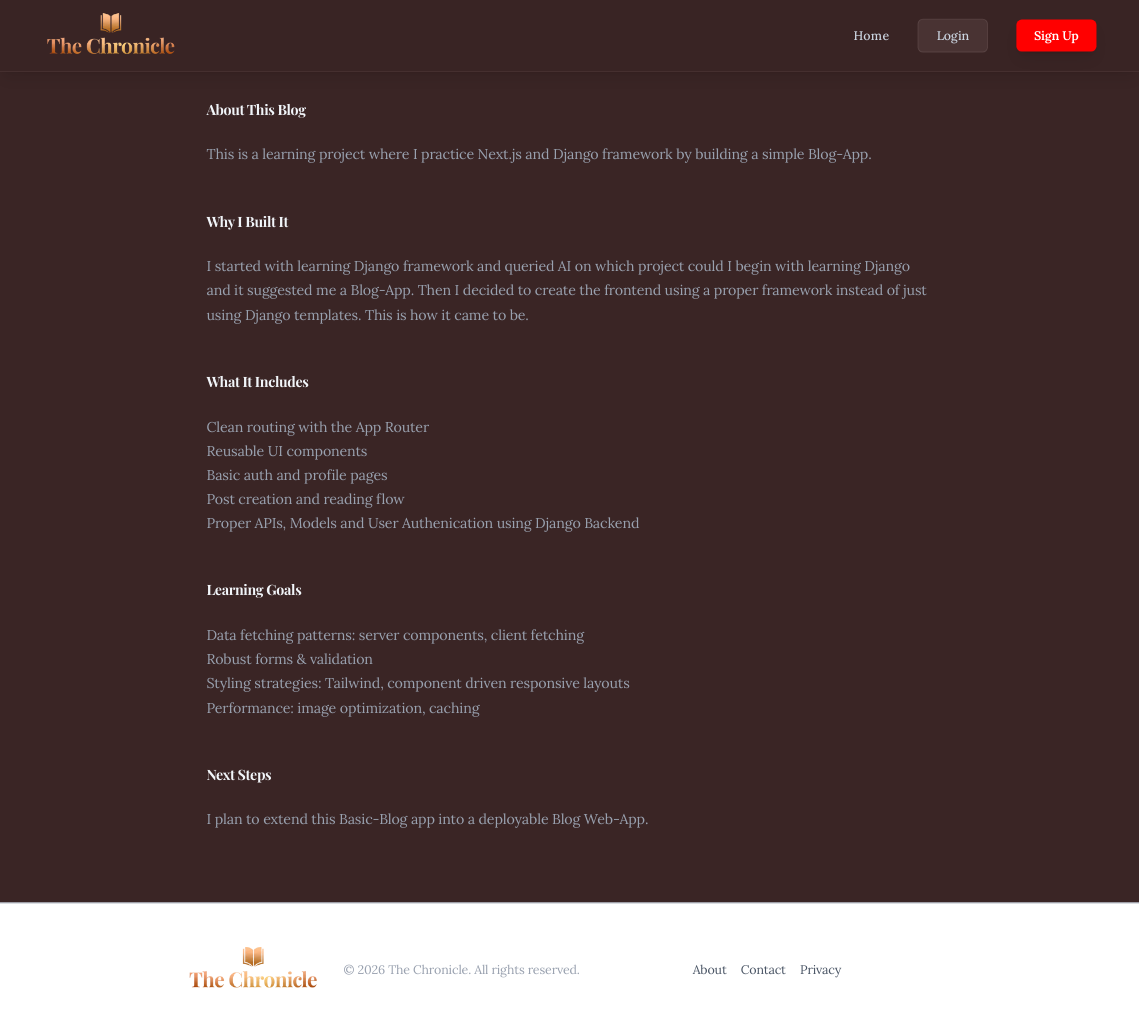
Repository: swaruplamsal/BasicBlogApp
Page: /about (app in blog-frontend/)
An editor plug-in stored every save of this project. The page is shown before and after the next save, followed by the edit.
The browser window is 1280 px wide. The pictures show the whole page, at 89% of full size.
The page's requests for data from a server got no answer. The project was rebuilt for these pictures with package versions that can differ from the ones it lists, and the page was loaded fresh each time. The framework's server and built-in components were replaced by stand-ins that run in the browser. No one was signed in, and anything a server would have sent is missing. Also part of the build but not shown: blog-frontend/next.config.mjs, blog-frontend/app/components/Avatar.js.

Above is the page before, as saved 2026-02-07 21:11:28.

### blog-frontend/app/layout.js
// app/layout.js
import { Lora, Playfair_Display } from "next/font/google";
import { AuthProvider } from "./context/AuthContext";
import { generateSiteMetadata } from "../lib/metadata";
import "./globals.css";

export const metadata = generateSiteMetadata();

const lora = Lora({
  subsets: ["latin"],
  weight: ["400", "500", "600", "700"],
  variable: "--font-lora",
});

const playfair = Playfair_Display({
  subsets: ["latin"],
  weight: ["400", "500", "600", "700", "900"],
  variable: "--font-playfair",
});

export default function RootLayout({ children }) {
  return (
    <html lang="en">
      <body className={`${lora.variable} ${playfair.variable}`}>
        <AuthProvider>{children}</AuthProvider>
      </body>
    </html>
  );
}

### blog-frontend/app/about/page.js
import Navbar from "../components/Navbar";
import Footer from "../components/Footer";

const sectionStyle = {
  marginTop: "1.5rem",
};

export default function About() {
  return (
    <div className="dark:bg-slate-950 text-gray-400">
      <Navbar />
      <main style={{ padding: "2rem", maxWidth: "880px", margin: "0 auto" }}>
        <h1>About This Blog</h1>
        <br />

        <p>
          This is a learning project where I practice Next.js and Django
          framework by building a simple Blog-App.
        </p>
        <br />
        <section style={sectionStyle}>
          <h2>Why I Built It</h2>
          <br />
          <p>
            I started with learning Django framework and queried AI on which
            project could I begin with learning Django and it suggested me a
            Blog-App. Then I decided to create the frontend using a proper
            framework instead of just using Django templates. This is how it
            came to be.
          </p>
        </section>
        <br />

        <section style={sectionStyle}>
          <h2>What It Includes</h2>
          <br />
          <ul>
            <li>Clean routing with the App Router</li>
            <li>Reusable UI components</li>
            <li>Basic auth and profile pages</li>
            <li>Post creation and reading flow</li>
            <li>
              Proper APIs, Models and User Authenication using Django Backend
            </li>
          </ul>
        </section>
        <br />

        <section style={sectionStyle}>
          <h2>Learning Goals</h2>
          <br />
          <ul>
            <li>Data fetching patterns: server components, client fetching</li>
            <li>Robust forms & validation</li>
            <li>
              Styling strategies: Tailwind, component driven responsive layouts
            </li>
            <li>Performance: image optimization, caching</li>
          </ul>
        </section>
        <br />

        <section style={sectionStyle}>
          <h2>Next Steps</h2>
          <br />
          <p>
            I plan to extend this Basic-Blog app into a deployable Blog Web-App.
          </p>
        </section>
      </main>
      <Footer />
    </div>
  );
}

### blog-frontend/app/context/AuthContext.js
"use client";

import { createContext, useContext, useState, useEffect } from "react";
import { authApi } from "../../lib/api";

const AuthContext = createContext();

// Helper function to get initial state from localStorage
function getInitialAuth() {
  if (typeof window === "undefined") {
    return { token: null, user: null };
  }

  const savedToken = localStorage.getItem("token");
  const savedUser = localStorage.getItem("user");

  return {
    token: savedToken || null,
    user: savedUser ? JSON.parse(savedUser) : null,
  };
}

export function AuthProvider({ children }) {
  const [user, setUser] = useState(() => getInitialAuth().user);
  const [token, setToken] = useState(() => getInitialAuth().token);

  // Sync user data with backend on mount if token exists
  useEffect(() => {
    if (typeof window === "undefined" || !token) return;

    const syncUserData = async () => {
      try {
        const completeUser = await authApi.getCurrentUser();
        setUser(completeUser);
        localStorage.setItem("user", JSON.stringify(completeUser));
      } catch (error) {
        // If sync fails, user might be logged out - clear auth state
        setToken(null);
        setUser(null);
        localStorage.removeItem("token");
        localStorage.removeItem("user");
      }
    };

    syncUserData();
  }, [token]);

  const login = async (username, password) => {
    try {
      const data = await authApi.login(username, password);

      setToken(data.token);
      localStorage.setItem("token", data.token);

      // Fetch complete user data including profile
      try {
        const completeUser = await authApi.getCurrentUser();
        setUser(completeUser);
        localStorage.setItem("user", JSON.stringify(completeUser));
      } catch (profileError) {
        // Fallback to basic user data if profile fetch fails
        setUser(data.user);
        localStorage.setItem("user", JSON.stringify(data.user));
      }

      return { success: true };
    } catch (error) {
      return { success: false, error: error.message };
    }
  };

  const signup = async (username, email, password) => {
    try {
      const data = await authApi.signup(username, email, password);

      setToken(data.token);
      setUser(data.user);
      localStorage.setItem("token", data.token);
      localStorage.setItem("user", JSON.stringify(data.user));
      return { success: true };
    } catch (error) {
      return { success: false, error: error.message };
    }
  };

  const logout = () => {
    setToken(null);
    setUser(null);
    localStorage.removeItem("token");
    localStorage.removeItem("user");
  };

  const refreshUser = async () => {
    if (!token) return;

    try {
      const completeUser = await authApi.getCurrentUser();
      setUser(completeUser);
      localStorage.setItem("user", JSON.stringify(completeUser));
    } catch (error) {
      console.log("Failed to refresh user data:", error.message);
    }
  };

  return (
    <AuthContext.Provider
      value={{ user, token, login, signup, logout, refreshUser }}
    >
      {children}
    </AuthContext.Provider>
  );
}

export function useAuth() {
  return useContext(AuthContext);
}

### blog-frontend/lib/metadata.js
// Helper functions for generating metadata

export const generateSiteMetadata = () => ({
  title: {
    template: "%s | The Chronicle",
    default: "The Chronicle - Where Stories Matter",
  },
  description:
    "Discover thoughtful perspectives, compelling narratives, and insights that challenge the ordinary.",
  keywords: ["blog", "stories", "articles", "writing", "chronicle"],
  authors: [{ name: "The Chronicle Team" }],
  openGraph: {
    type: "website",
    locale: "en_US",
    siteName: "The Chronicle",
  },
  twitter: {
    card: "summary_large_image",
  },
  // Fallback favicon / site icon. Place a file at public/favicon.png (or /favicon.ico)
  icons: {
    icon: "/favicon.png",
    apple: "/favicon.png",
  },
});

export const generatePostMetadata = (post) => {
  if (!post) return {};

  return {
    title: post.title,
    description: post.content.substring(0, 160) + "...",
    keywords: post.tags?.map((tag) => tag.name) || [],
    authors: [{ name: post.author?.username || "Anonymous" }],
    openGraph: {
      title: post.title,
      description: post.content.substring(0, 160) + "...",
      type: "article",
      publishedTime: post.created_at,
      modifiedTime: post.updated_at,
      authors: [post.author?.username || "Anonymous"],
      tags: post.tags?.map((tag) => tag.name) || [],
    },
    twitter: {
      card: "summary_large_image",
      title: post.title,
      description: post.content.substring(0, 160) + "...",
    },
  };
};

### blog-frontend/app/globals.css
@import "tailwindcss";

@layer base {
  :root {
    /* Bold Editorial Theme - Color Hunt Palette */
    --background: #3a2525;
    --background-elevated: #4a3535;
    --background-hover: #5a4545;
    --foreground: #f1f5f9;
    --foreground-muted: #cbd5e1;
    --foreground-subtle: #94a3b8;

    /* Accent Colors */
    --accent: #ff0000;
    --accent-hover: #cc0000;
    --accent-light: #ff3333;
    --accent-secondary: #9e2a2a;
    --navy: #000080;
    --navy-hover: #0000a0;

    /* Borders & Dividers */
    --border: #5a4545;
    --border-light: #6a5555;

    /* Semantic Colors */
    --success: #10b981;
    --error: #ff0000;
    --warning: #ff0000;
  }

  body {
    background: var(--background);
    color: var(--foreground);
    font-family:
      var(--font-lora),
      -apple-system,
      BlinkMacSystemFont,
      "Segoe UI",
      Roboto,
      sans-serif;
    line-height: 1.7;
    -webkit-font-smoothing: antialiased;
    -moz-osx-font-smoothing: grayscale;
    letter-spacing: -0.011em;
  }

  h1,
  h2,
  h3,
  h4,
  h5,
  h6 {
    font-family: var(--font-playfair), Georgia, serif;
    font-weight: 700;
    line-height: 1.25;
    color: var(--foreground);
    letter-spacing: -0.025em;
  }
}

@layer components {
  /* Custom Scrollbar */
  ::-webkit-scrollbar {
    width: 8px;
  }

  ::-webkit-scrollbar-track {
    background: var(--background);
  }

  ::-webkit-scrollbar-thumb {
    background: var(--accent);
    border-radius: 4px;
  }

  ::-webkit-scrollbar-thumb:hover {
    background: var(--accent-hover);
  }

  /* Smooth transitions */
  * {
    transition-property:
      background-color, border-color, color, fill, stroke, transform, opacity;
    transition-timing-function: cubic-bezier(0.4, 0, 0.2, 1);
    transition-duration: 200ms;
  }

  /* Editorial Utilities */
  .editorial-gradient {
    background: linear-gradient(
      135deg,
      var(--background) 0%,
      var(--background-elevated) 100%
    );
  }

  .text-gradient {
    background: linear-gradient(135deg, #ff0000, #9e2a2a);
    -webkit-background-clip: text;
    -webkit-text-fill-color: transparent;
    background-clip: text;
  }

  .reading-progress {
    position: fixed;
    top: 0;
    left: 0;
    height: 3px;
    background: linear-gradient(90deg, #ff0000, #9e2a2a);
    z-index: 9999;
    transition: width 0.1s ease-out;
  }

  .card-hover {
    transition: all 0.3s cubic-bezier(0.4, 0, 0.2, 1);
  }

  .card-hover:hover {
    transform: translateY(-2px);
    box-shadow: 0 20px 40px -12px rgba(255, 0, 0, 0.2);
    border-color: #6a5555 !important;
  }

  /* Button Styles */
  .btn-primary {
    background-color: #ff0000;
    box-shadow: 0 10px 25px -5px rgba(255, 0, 0, 0.3);
    transition: all 0.3s ease;
  }

  .btn-primary:hover {
    background-color: #cc0000;
    box-shadow: 0 15px 30px -5px rgba(255, 0, 0, 0.4);
  }

  /* Link Styles */
  .link-red {
    color: #ff0000;
    transition: color 0.2s ease;
  }

  .link-red:hover {
    color: #ff3333;
  }

  .link-nav {
    color: #cbd5e1;
    transition: color 0.2s ease;
  }

  .link-nav:hover {
    color: #ff0000;
  }

  /* Article Title */
  .article-title {
    color: #f1f5f9;
    transition: color 0.3s ease;
  }

  .article-title:hover {
    color: #ff0000;
  }

  /* Tag Styles */
  .tag {
    color: #94a3b8;
    background-color: rgba(90, 69, 69, 0.5);
    border: 1px solid rgba(106, 85, 85, 0.5);
    transition: all 0.2s ease;
  }

  .tag:hover {
    border-color: #9e2a2a;
    color: #cbd5e1;
  }
  /* Form Styles */
  .form-input {
    background-color: rgba(90, 69, 69, 0.5);
    border: 1px solid #6a5555;
    color: #f1f5f9;
    transition: all 0.2s ease;
  }

  .form-input:focus {
    outline: none;
    border-color: #ff0000;
    background-color: rgba(90, 69, 69, 0.7);
  }

  .form-label {
    color: #cbd5e1;
  }

  .form-container {
    background-color: rgba(74, 53, 53, 0.5);
    border: 1px solid #5a4545;
  }

  .btn-secondary {
    background-color: rgba(90, 69, 69, 0.8);
    color: #cbd5e1;
    border: 1px solid #6a5555;
    transition: all 0.2s ease;
  }

  .btn-secondary:hover {
    background-color: rgba(90, 69, 69, 1);
    border-color: #7a6565;
  }

  .btn-danger {
    background-color: rgba(158, 42, 42, 0.8);
    color: #fff;
    border: 1px solid #9e2a2a;
    transition: all 0.2s ease;
  }

  .btn-danger:hover {
    background-color: #9e2a2a;
  }

  .btn-success {
    background-color: rgba(16, 185, 129, 0.8);
    color: #fff;
    transition: all 0.2s ease;
  }

  .btn-success:hover {
    background-color: rgb(16, 185, 129);
  }

  /* ========================================
   LOADING & ANIMATION STYLES
   ======================================== */

  /* Shimmer effect for skeleton loaders */
  @keyframes shimmer {
    0% {
      transform: translateX(-100%);
    }
    100% {
      transform: translateX(100%);
    }
  }

  .animate-shimmer {
    animation: shimmer 2s infinite;
  }

  /* Fade in animation */
  @keyframes fade-in {
    from {
      opacity: 0;
    }
    to {
      opacity: 1;
    }
  }

  .animate-fade-in {
    animation: fade-in 0.5s ease-out;
  }

  /* Fade in and slide up animation */
  @keyframes fade-in-up {
    from {
      opacity: 0;
      transform: translateY(20px);
    }
    to {
      opacity: 1;
      transform: translateY(0);
    }
  }

  .animate-fade-in-up {
    animation: fade-in-up 0.6s ease-out;
  }

  /* Scale in animation */
  @keyframes scale-in {
    from {
      opacity: 0;
      transform: scale(0.95);
    }
    to {
      opacity: 1;
      transform: scale(1);
    }
  }

  .animate-scale-in {
    animation: scale-in 0.4s ease-out;
  }

  /* Smooth transitions for all interactive elements */
  .transition-smooth {
    transition: all 0.3s cubic-bezier(0.4, 0, 0.2, 1);
  }
}

### blog-frontend/app/components/Navbar.js
// app/components/Navbar.js
"use client";

import dynamic from "next/dynamic";
import Link from "next/link";
import Image from "next/image";

const NavbarAuth = dynamic(() => import("./NavbarAuth"), { ssr: false });

export default function Navbar() {
  return (
    <nav
      className="sticky top-0 z-50 backdrop-blur-xl border-b shadow-lg"
      style={{
        backgroundColor: "rgba(58, 37, 37, 0.8)",
        borderColor: "rgba(90, 69, 69, 0.5)",
      }}
    >
      <div className="max-w-7xl mx-auto px-6 sm:px-8 lg:px-12">
        <div className="flex justify-between items-center h-20">
          {/* Logo */}
          <Link
            href="/"
            className="group flex items-center gap-3 hover:opacity-80 transition-opacity"
          >
            {/* Replace the inline svg with a logo image from public/images/logo.png */}
            <div>
              <Image
                src="/images/logo.png"
                alt="Editorial logo"
                width={150}
                height={150}
                className="object-cover"
                priority
              />
            </div>
          </Link>

          {/* Nav Links */}
          <div className="flex items-center gap-8">
            <Link
              href="/"
              className="link-nav font-medium text-sm tracking-wide"
            >
              Home
            </Link>
            <NavbarAuth />
          </div>
        </div>
      </div>
    </nav>
  );
}

### blog-frontend/app/components/Footer.js
import Image from "next/image";
import Link from "next/link";
import SocialLinks from "./SocialLinks";

export default function Footer() {
  return (
    <footer className="border-t mt-12 py-8 bg-white dark:bg-gray-900">
      <div className="max-w-4xl mx-auto px-4 flex flex-col md:flex-row items-center justify-between gap-4">
        <div className="flex items-center space-x-3">
          <Link href="/" className="flex items-center">
            <Image
              src="/images/logo.png"
              alt="Logo"
              width={150}
              height={150}
              className="rounded-sm"
            />
          </Link>
          <p className="text-sm text-slate- dark:text-gray-300 ml-4">
            © {new Date().getFullYear()} The Chronicle. All rights reserved.
          </p>
        </div>

        <nav className="flex items-center space-x-4">
          <Link
            href="/about"
            className="text-sm text-gray-600 hover:text-red-600 transition-colors duration-200 dark:text-gray-300 dark:hover:text-red-400 active:text-red-900 focus:outline-none focus-visible:ring-2 focus-visible:ring-red-300 rounded"
          >
            About
          </Link>
          <Link
            href="/contact"
            className="text-sm text-gray-600 hover:text-red-600 transition-colors duration-200 dark:text-gray-300 dark:hover:text-red-400 active:text-red-900 focus:outline-none focus-visible:ring-2 focus-visible:ring-red-300 rounded"
          >
            Contact
          </Link>
          <Link
            href="/privacy"
            className="text-sm text-gray-600 hover:text-red-600 transition-colors duration-200 dark:text-gray-300 dark:hover:text-red-400 active:text-red-900 focus:outline-none focus-visible:ring-2 focus-visible:ring-red-300 rounded"
          >
            Privacy
          </Link>
        </nav>

        <div>
          <SocialLinks />
        </div>
      </div>
    </footer>
  );
}

### blog-frontend/app/components/SocialLinks.js
"use client";

import Link from "next/link";

export default function SocialLinks({ website, twitter, github, linkedin }) {
  const links = [
    {
      name: "Website",
      value: website,
      href: website,
      icon: (
        <svg
          className="w-5 h-5"
          fill="none"
          stroke="currentColor"
          viewBox="0 0 24 24"
        >
          <path
            strokeLinecap="round"
            strokeLinejoin="round"
            strokeWidth={2}
            d="M21 12a9 9 0 01-9 9m9-9a9 9 0 00-9-9m9 9H3m9 9a9 9 0 01-9-9m9 9c1.657 0 3-4.03 3-9s-1.343-9-3-9m0 18c-1.657 0-3-4.03-3-9s1.343-9 3-9m-9 9a9 9 0 019-9"
          />
        </svg>
      ),
    },
    {
      name: "Twitter",
      value: twitter,
      href: twitter ? `https://twitter.com/${twitter}` : null,
      icon: (
        <svg className="w-5 h-5" fill="currentColor" viewBox="0 0 24 24">
          <path d="M18.244 2.25h3.308l-7.227 8.26 8.502 11.24H16.17l-5.214-6.817L4.99 21.75H1.68l7.73-8.835L1.254 2.25H8.08l4.713 6.231zm-1.161 17.52h1.833L7.084 4.126H5.117z" />
        </svg>
      ),
    },
    {
      name: "GitHub",
      value: github,
      href: github ? `https://github.com/${github}` : null,
      icon: (
        <svg className="w-5 h-5" fill="currentColor" viewBox="0 0 24 24">
          <path
            fillRule="evenodd"
            d="M12 2C6.477 2 2 6.484 2 12.017c0 4.425 2.865 8.18 6.839 9.504.5.092.682-.217.682-.483 0-.237-.008-.868-.013-1.703-2.782.605-3.369-1.343-3.369-1.343-.454-1.158-1.11-1.466-1.11-1.466-.908-.62.069-.608.069-.608 1.003.07 1.531 1.032 1.531 1.032.892 1.53 2.341 1.088 2.91.832.092-.647.35-1.088.636-1.338-2.22-.253-4.555-1.113-4.555-4.951 0-1.093.39-1.988 1.029-2.688-.103-.253-.446-1.272.098-2.65 0 0 .84-.27 2.75 1.026A9.564 9.564 0 0112 6.844c.85.004 1.705.115 2.504.337 1.909-1.296 2.747-1.027 2.747-1.027.546 1.379.202 2.398.1 2.651.64.7 1.028 1.595 1.028 2.688 0 3.848-2.339 4.695-4.566 4.943.359.309.678.92.678 1.855 0 1.338-.012 2.419-.012 2.747 0 .268.18.58.688.482A10.019 10.019 0 0022 12.017C22 6.484 17.522 2 12 2z"
            clipRule="evenodd"
          />
        </svg>
      ),
    },
    {
      name: "LinkedIn",
      value: linkedin,
      href: linkedin ? `https://linkedin.com/in/${linkedin}` : null,
      icon: (
        <svg className="w-5 h-5" fill="currentColor" viewBox="0 0 24 24">
          <path d="M20.447 20.452h-3.554v-5.569c0-1.328-.027-3.037-1.852-3.037-1.853 0-2.136 1.445-2.136 2.939v5.667H9.351V9h3.414v1.561h.046c.477-.9 1.637-1.85 3.37-1.85 3.601 0 4.267 2.37 4.267 5.455v6.286zM5.337 7.433c-1.144 0-2.063-.926-2.063-2.065 0-1.138.92-2.063 2.063-2.063 1.14 0 2.064.925 2.064 2.063 0 1.139-.925 2.065-2.064 2.065zm1.782 13.019H3.555V9h3.564v11.452zM22.225 0H1.771C.792 0 0 .774 0 1.729v20.542C0 23.227.792 24 1.771 24h20.451C23.2 24 24 23.227 24 22.271V1.729C24 .774 23.2 0 22.222 0h.003z" />
        </svg>
      ),
    },
  ];

  const activeLinks = links.filter((link) => link.value);

  if (activeLinks.length === 0) {
    return null;
  }

  return (
    <div className="flex flex-wrap gap-3">
      {activeLinks.map((link) => (
        <a
          key={link.name}
          href={link.href}
          target="_blank"
          rel="noopener noreferrer"
          className="flex items-center gap-2 px-4 py-2 bg-slate-800/50 rounded-lg border border-slate-700/50 hover:border-red-600/50 hover:bg-slate-800 transition-all text-slate-400 hover:text-red-400"
          title={link.name}
        >
          {link.icon}
          <span className="text-sm">{link.name}</span>
        </a>
      ))}
    </div>
  );
}

Loaded but not shown: blog-frontend/lib/api.js (library); blog-frontend/app/components/NavbarAuth.js (180 lines, source omitted)

After the next save:
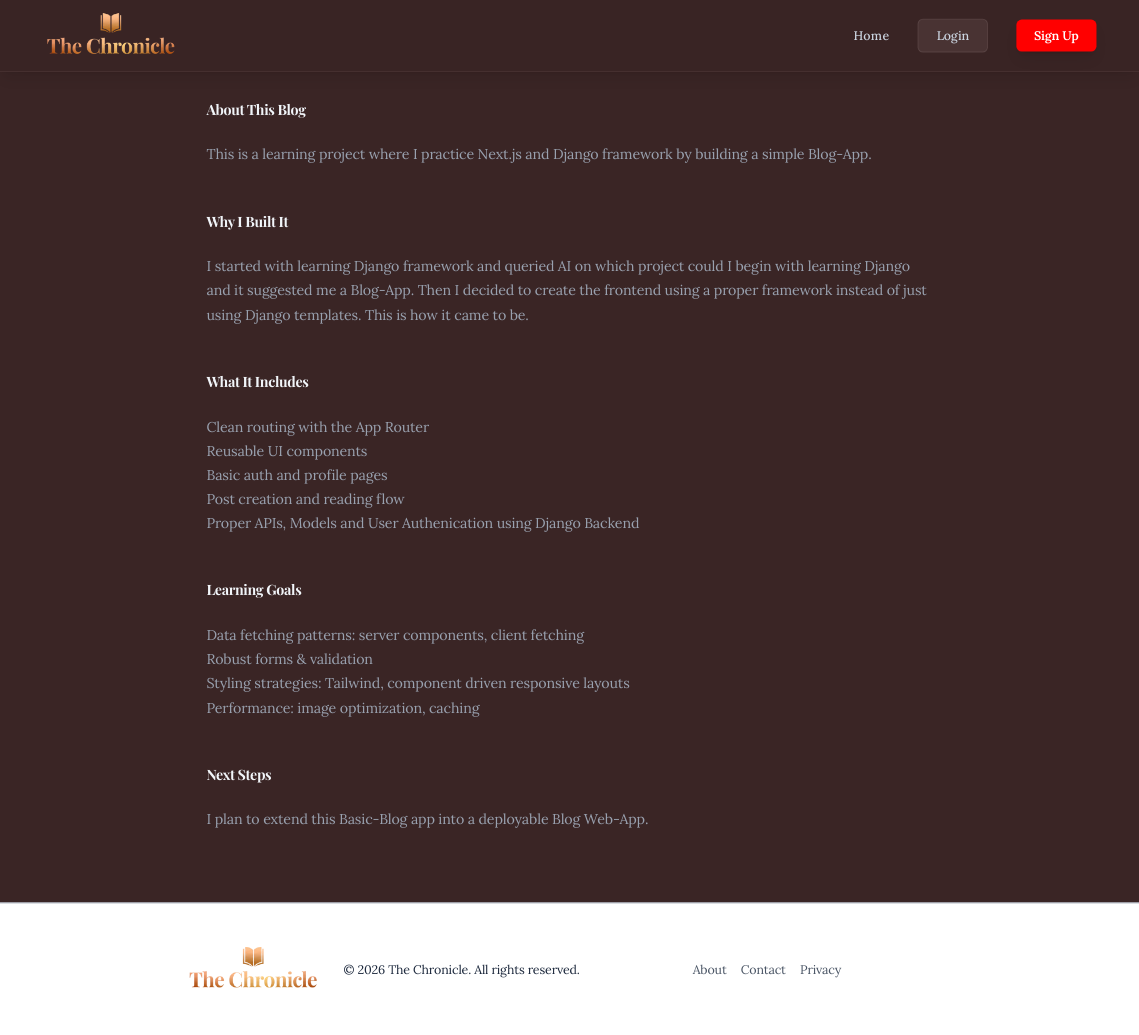
Saved 8 s later.
--- a/blog-frontend/app/components/Footer.js
+++ b/blog-frontend/app/components/Footer.js
@@ -16,7 +16,7 @@
               className="rounded-sm"
             />
           </Link>
-          <p className="text-sm text-slate- dark:text-gray-300 ml-4">
+          <p className="text-sm text-slate-800 dark:text-gray-300 ml-4">
             © {new Date().getFullYear()} The Chronicle. All rights reserved.
           </p>
         </div>
